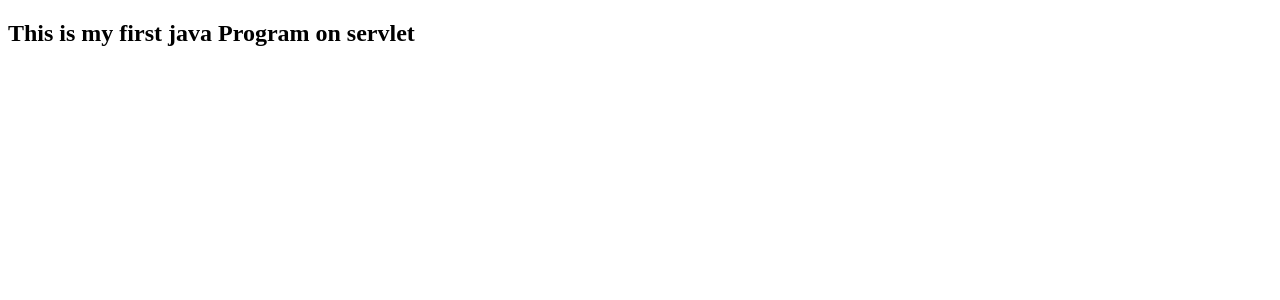
Repository: anik3395/JavaServletProjects
Page: eclipse-workspace/FirstDemo/src/main/webapp/index.html
An editor plug-in stored every save of this project. The page is shown before and after the next save, followed by the edit.
The browser window is 1280 px wide. The pictures show the whole page.

Above is the page before, as saved 2024-10-20 06:35:08.

### eclipse-workspace/FirstDemo/src/main/webapp/index.html
<!DOCTYPE html>
<html>
<head>
<meta charset="UTF-8">
<title>Insert title here</title>
</head>
<body>
<h2>This is my first java Program on servlet</h2>
</body>
</html>

After the next save:
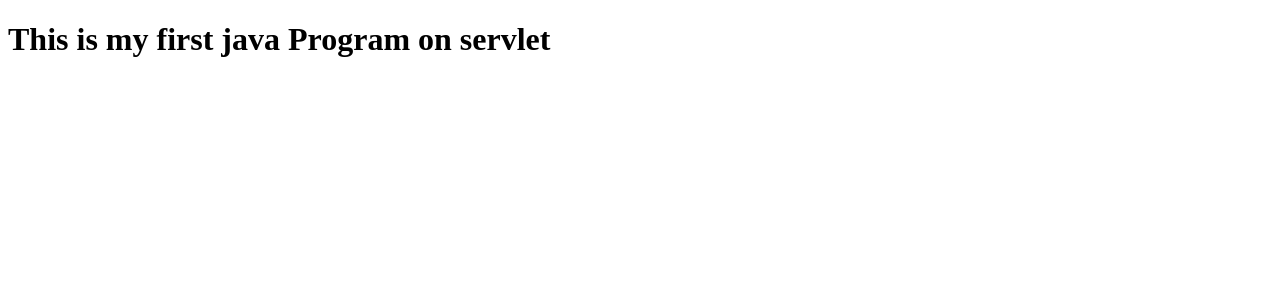
Saved 36 s later.
--- a/eclipse-workspace/FirstDemo/src/main/webapp/index.html
+++ b/eclipse-workspace/FirstDemo/src/main/webapp/index.html
@@ -5,6 +5,6 @@
 <title>Insert title here</title>
 </head>
 <body>
-<h2>This is my first java Program on servlet</h2>
+<h1>This is my first java Program on servlet</h1>
 </body>
 </html>
